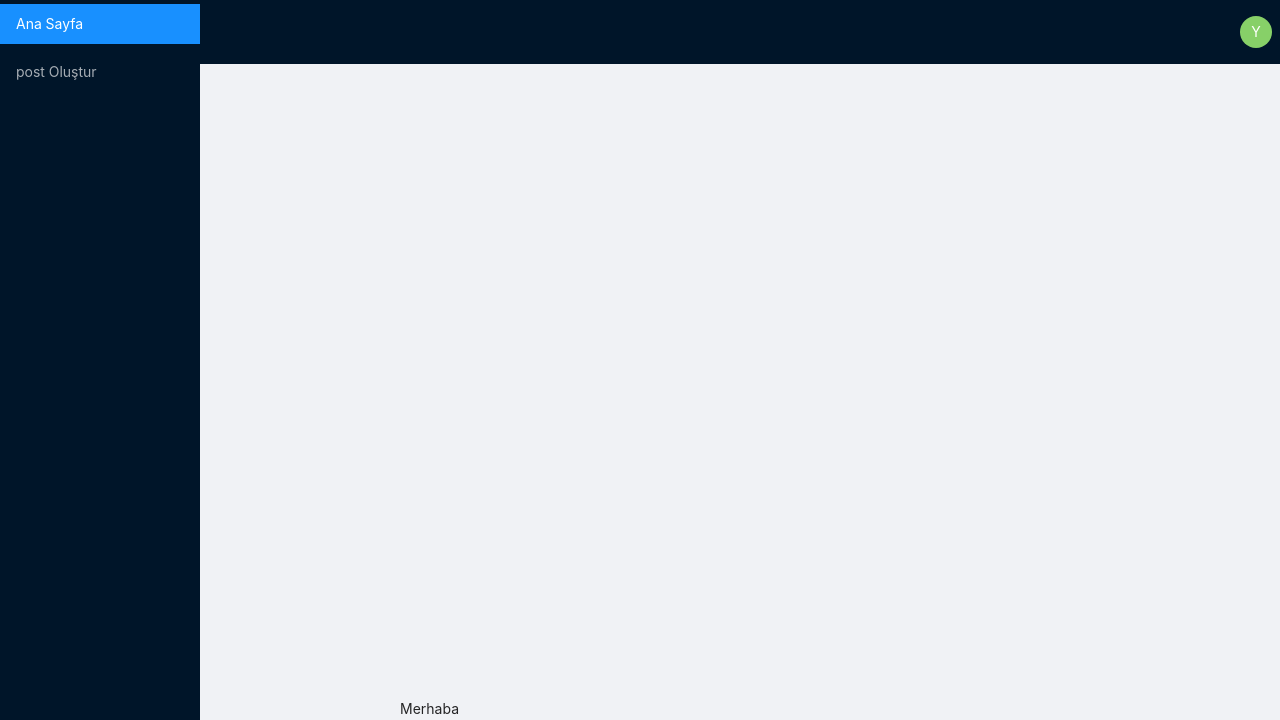
Repository: sevilgenysf/my-blog
Page: /
These files come from the project's save history. The page is drawn as it stood at one moment and after the next save; the edit follows.
The browser window is 1280 px wide. The pictures show the whole page.
The project was rebuilt for these pictures with package versions that can differ from the ones it lists, and the page was loaded fresh each time. Also part of the build but not shown: src/index.css, src/App.css, src/components/Sidebar/Sidebar.css.

Above is the page before, as saved 2022-08-18 15:19:22.

### src/index.js
import React from 'react';
import ReactDOM from 'react-dom/client';
import './index.css';
import App from './App';
import reportWebVitals from './reportWebVitals';
import 'antd/dist/antd.css';
import MainLayout from './layouts/Main/MainLayout';

const root = ReactDOM.createRoot(document.getElementById('root'));
root.render(
	<React.StrictMode>
		<MainLayout>
			<App />
		</MainLayout>
	</React.StrictMode>
);

// If you want to start measuring performance in your app, pass a function
// to log results (for example: reportWebVitals(console.log))
// or send to an analytics endpoint. Learn more: https://bit.ly/CRA-vitals
reportWebVitals();

### src/App.js
import logo from './logo.svg';
import './App.css';

function App() {
	return (
		<div className="App">
			<header className="App-header">Merhaba</header>
		</div>
	);
}

export default App;

### src/layouts/Main/MainLayout.js
import React from 'react';
import './MainLayout.css';
import { Layout } from 'antd';
import Sidebar from '../../components/Sidebar/Sidebar';
import AppHeder from '../../components/AppHeader/AppHeder';
import AppContent from '../../components/AppContent/AppContent';

function MainLayout(props) {
	return (
		<Layout>
			<Sidebar />
			<Layout style={{ marginLeft: '200px' }}>
				<AppHeder />
				<AppContent></AppContent>
				{props.children}
			</Layout>
		</Layout>
	);
}

export default MainLayout;

### src/components/Sidebar/Sidebar.js
import React from 'react';
import { Menu, Layout } from 'antd';
import './Sidebar.css';
import { Link } from 'react-router-dom';

function Sidebar() {
	return (
		<Layout.Sider className="sidebar">
			<Menu
				theme="dark"
				mode="vertical"
				style={{ height: '100vh' }}
				defaultSelectedKeys={['/']}
			>
				<Menu.Item key="/">
					{/* <Link to="/">Ana Sayfa</Link> */}Ana Sayfa
				</Menu.Item>
				<Menu.Item key="/post/create-post">
					{/* <Link to="/post/create-post">Post Oluştur</Link> */}
					post Oluştur
				</Menu.Item>
			</Menu>
		</Layout.Sider>
	);
}

export default Sidebar;

### src/components/AppHeader/AppHeder.js
import React from 'react';
import { Layout, Menu, Dropdown, Avatar } from 'antd';
import './AppHeader.css';

function AppHeder() {
	const menu = () => {
		return (
			<Menu theme="dark">
				<Menu.Item key="exit">Çıkış Yap</Menu.Item>
			</Menu>
		);
	};
	return (
		<Layout.Header className="app-header">
			<Dropdown overlay={menu} placement="bottomLeft">
				<Avatar style={{ background: '#87d068' }}>Y</Avatar>
			</Dropdown>
		</Layout.Header>
	);
}

export default AppHeder;

### src/components/AppContent/AppContent.js
import React from 'react';
import './AppContent.css';
import { Layout } from 'antd';

function AppContent(props) {
	return (
		<Layout.Content className="app-content">
			<div className="app-content-wrapper">{props.children}</div>
		</Layout.Content>
	);
}

export default AppContent;

### src/components/AppHeader/AppHeader.css
.app-header {
	display: flex !important;
	align-items: center !important;
	justify-content: flex-end !important ;
	width: calc(100% - 200px) !important;
	padding: 0 !important;
	position: fixed !important;
	padding: 8px !important;
	top: 0 !important;
	right: 0 !important;
}

### src/components/AppContent/AppContent.css
.app-content {
	margin-top: 64px !important;
	height: calc(100% - 64px);
}

.app-content-wrapper {
	height: 100%;
	padding: 24px;
	overflow: auto;
}

Loaded but not shown: public/index.html (common file); src/reportWebVitals.js (common file); src/layouts/Main/MainLayout.css (no stored copy; drawn as an empty file)

After the next save:
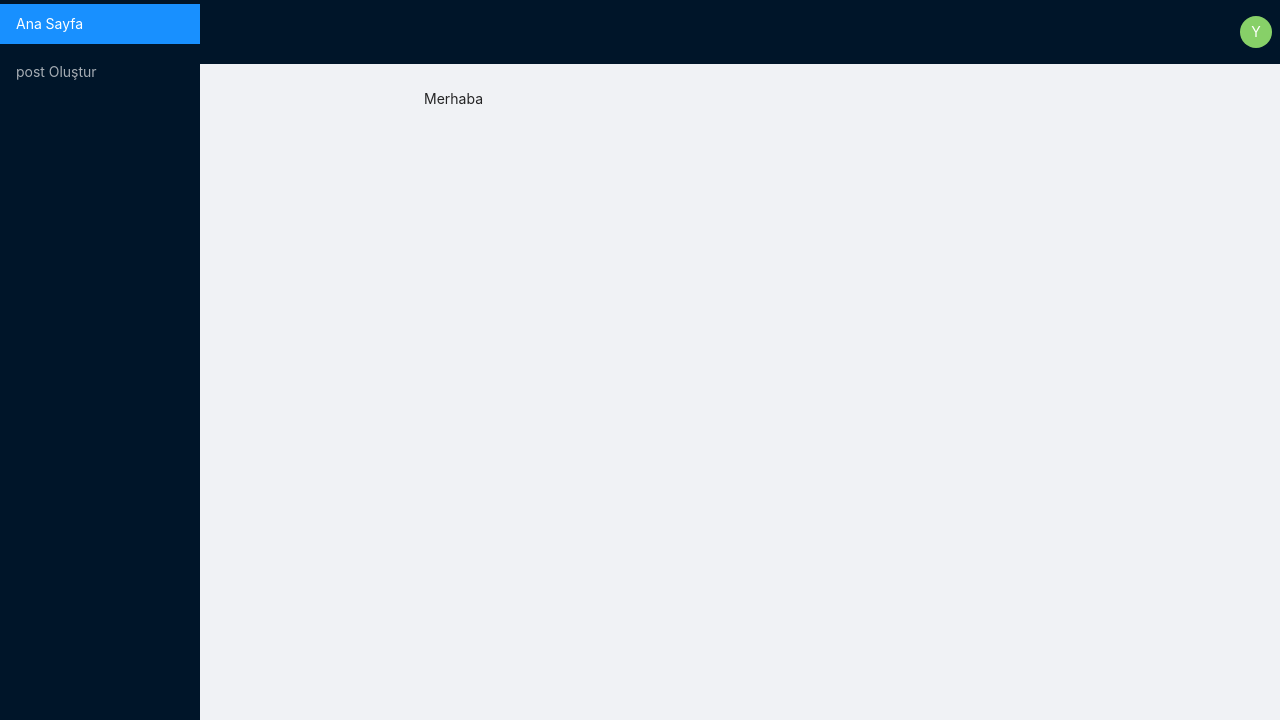
Saved 9 s later.
--- a/src/layouts/Main/MainLayout.js
+++ b/src/layouts/Main/MainLayout.js
@@ -11,8 +11,7 @@ function MainLayout(props) {
 			<Sidebar />
 			<Layout style={{ marginLeft: '200px' }}>
 				<AppHeder />
-				<AppContent></AppContent>
-				{props.children}
+				<AppContent>{props.children}</AppContent>
 			</Layout>
 		</Layout>
 	);
